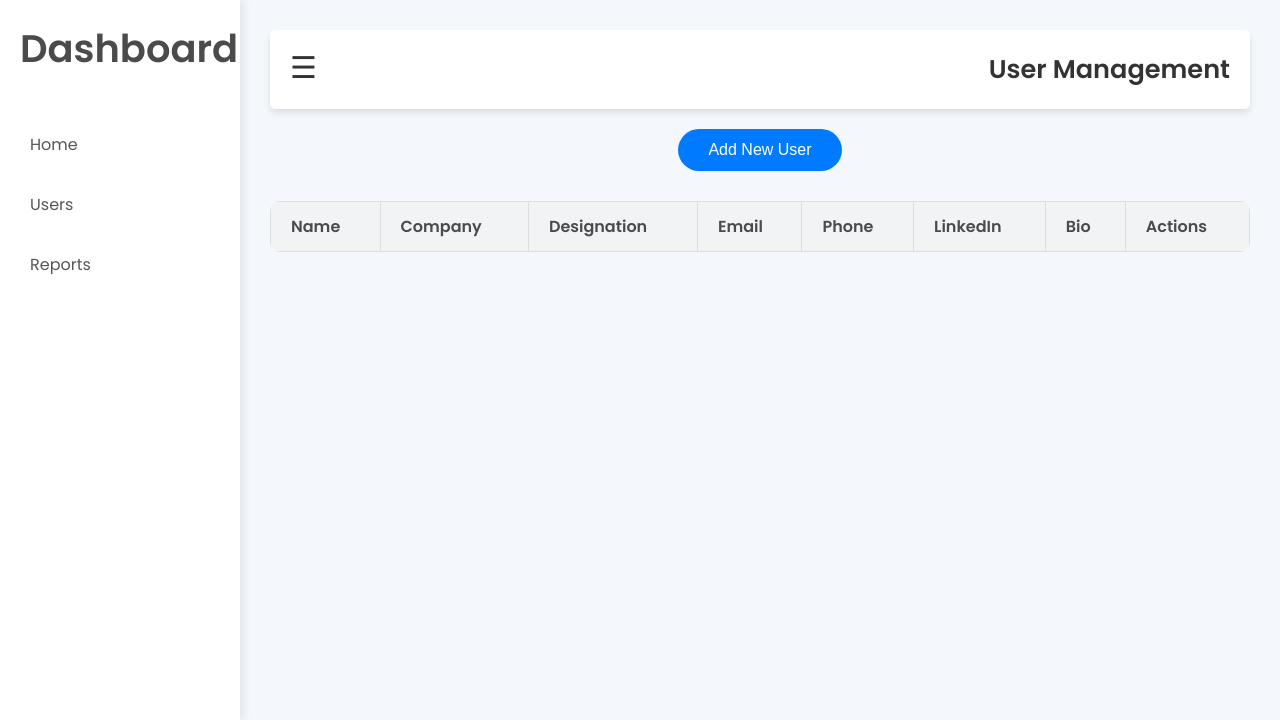
Repository: anazhtz/index
Page: index.html
The author's editor kept a copy of each file at every save. The page is drawn from the files as they stood at one save, then again after the next save.
The browser window is 1280 px wide. The pictures show the whole page.

Above is the page before, as saved 2024-11-14 15:34:18.

After the next save:
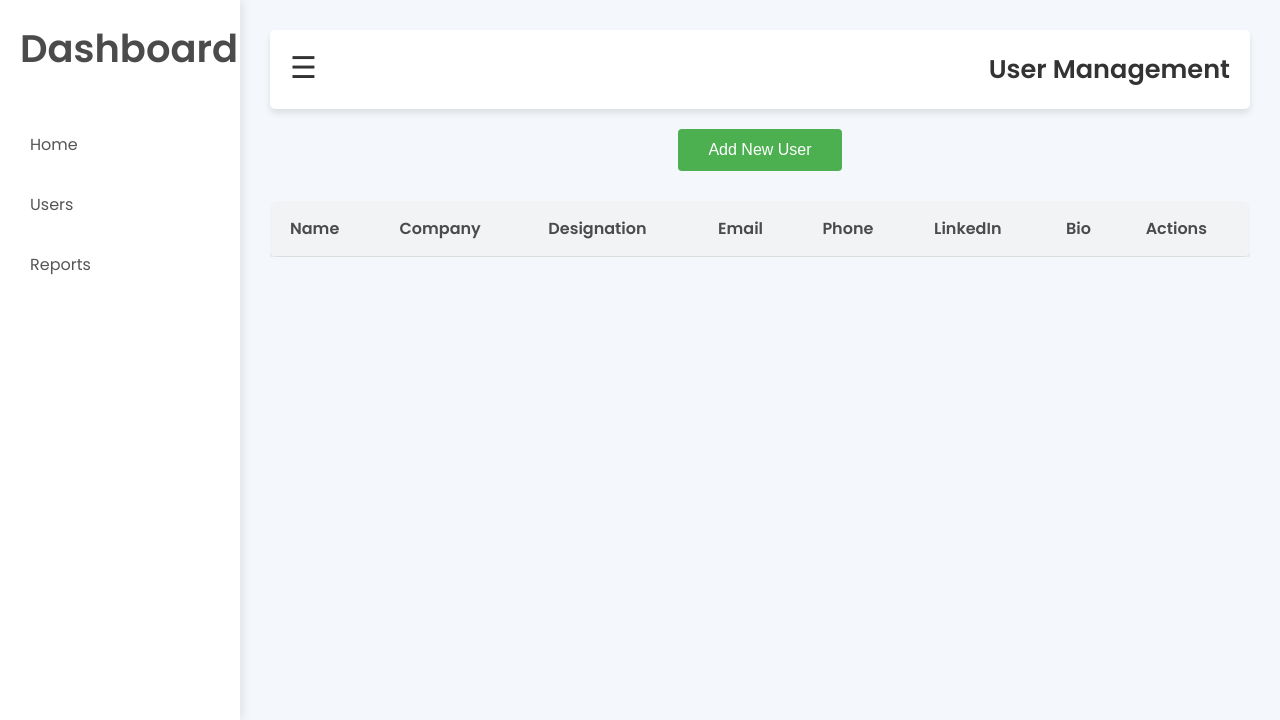
Saved 9 s later.
--- a/styles.css
+++ b/styles.css
@@ -105,27 +105,14 @@ body {
     border: none;
     color: white;
     padding: 12px 30px;
-    border-radius: 30px;
-    font-size: 1rem;
-    cursor: pointer;
-    transition: background-color 0.3s ease, transform 0.3s ease;
+    border-radius: 4px;
+    font-size: 1rem;
+    cursor: pointer;
+    transition: background-color 0.3s ease;
 }
 
 .actions .btn:hover {
     background-color: #45a049;
-    transform: scale(1.05);
-}
-
-.actions .btn:active {
-    transform: scale(0.98);
-}
-
-.actions .btn.add-btn {
-    background-color: #007bff;
-}
-
-.actions .btn.add-btn:hover {
-    background-color: #0056b3;
 }
 
 /* Table Styling */
@@ -137,14 +124,16 @@ body {
 table {
     width: 100%;
     border-collapse: collapse;
-    border-radius: 10px;
+    background-color: #ffffff;
+    border-radius: 8px;
     overflow: hidden;
+    box-shadow: 0 4px 6px rgba(0, 0, 0, 0.1);
 }
 
 table th, table td {
-    padding: 12px 20px;
+    padding: 15px 20px;
     text-align: left;
-    border: 1px solid #ddd;
+    border-bottom: 1px solid #ddd;
 }
 
 table th {
@@ -158,10 +147,6 @@ table td {
     color: #333;
 }
 
-table tr:nth-child(even) {
-    background-color: #f9f9f9;
-}
-
 table tr:hover td {
     background-color: #f1f3f5;
 }
@@ -169,11 +154,61 @@ table tr:hover td {
 table td a {
     color: #007bff;
     text-decoration: none;
-    font-weight: 500;
 }
 
 table td a:hover {
     text-decoration: underline;
+}
+
+/* Button Styling */
+.btn {
+    padding: 10px 20px;
+    border: none;
+    border-radius: 4px;
+    font-size: 1rem;
+    cursor: pointer;
+    transition: background-color 0.3s ease, transform 0.2s ease;
+}
+
+.btn.add-btn {
+    background-color: #4caf50;
+    color: white;
+}
+
+.btn.add-btn:hover {
+    background-color: #45a049;
+    transform: scale(1.05);
+}
+
+.btn.edit-btn {
+    background-color: #ffc107;
+    color: white;
+}
+
+.btn.edit-btn:hover {
+    background-color: #e0a800;
+    transform: scale(1.05);
+}
+
+.btn.delete-btn {
+    background-color: #f44336;
+    color: white;
+}
+
+.btn.delete-btn:hover {
+    background-color: #d32f2f;
+    transform: scale(1.05);
+}
+
+.btn.save-btn {
+    background-color: #2196f3;
+    color: white;
+    width: 100%;
+}
+
+.btn.save-btn:hover {
+    background-color: #1e88e5;
+    transform: scale(1.05);
 }
 
 /* Modal Styling */
@@ -196,6 +231,7 @@ table td a:hover {
     width: 500px;
     border-radius: 8px;
     box-shadow: 0 6px 20px rgba(0, 0, 0, 0.1);
+    position: relative;
 }
 
 .close-btn {
